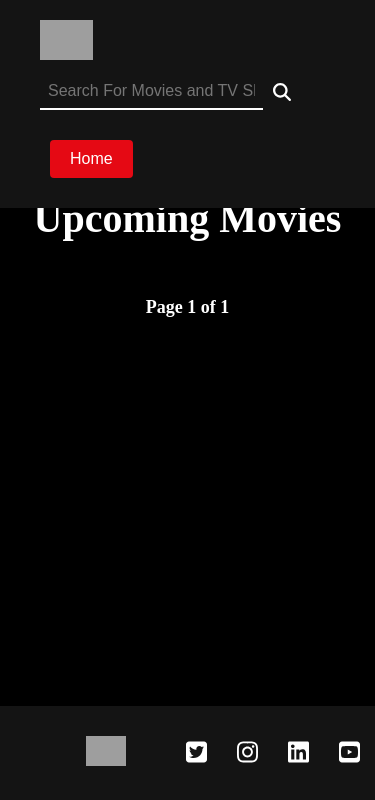
Repository: philh4420/MovieDB-2
Page: /
These files come from the project's save history. The page is drawn as it stood at one moment and after the next save; the edit follows.
The browser window is 375 px wide. The pictures show the whole page.
Pictures or frames that could not be fetched are drawn as grey boxes. The page's requests for data from a server got no answer. The project was rebuilt for these pictures with package versions that can differ from the ones it lists, and the page was loaded fresh each time. No one was signed in, and anything a server would have sent is missing. Also part of the build but not shown: webpack.config.js, src/components/SearchResults.js, src/components/MovieDetails.js, src/components/CastDetails.css, src/components/CastDetails.js, src/components/TVShowDetails.css, src/components/TvShowDetails.js, src/App.css.

Above is the page before, as saved 2023-06-21 19:45:07.

After the next save:
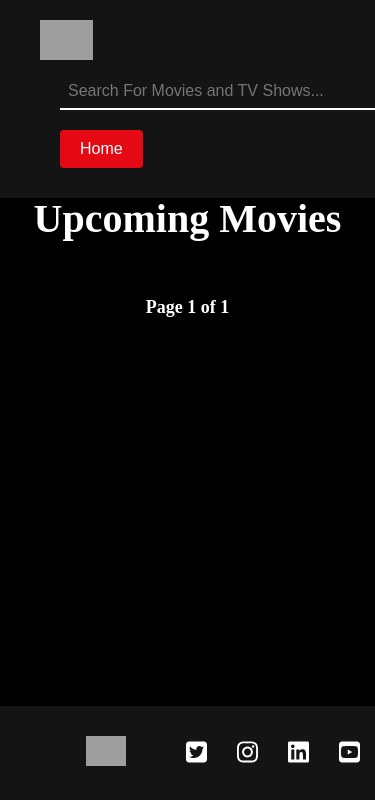
Saved 93 s later.
--- a/src/components/Header.css
+++ b/src/components/Header.css
@@ -106,8 +106,6 @@
   background-color: #b2070a;
 }
 
-
-
 /* Added styles for responsiveness */
 @media screen and (max-width: 81.25rem) {
   .header__details {
@@ -121,12 +119,16 @@
     align-items: flex-start;
   }
 
-  .header__search {
-    margin: 0.625rem 0;
+  .header__logo {
+    margin-bottom: 0.625rem;
   }
 
-  .header__home-button {
-    margin-top: 0.625rem;
+  .header__search {
+    width: 100%;
+    margin-bottom: 0.625rem;
+  }
+
+  .header__search button {
     margin-left: auto;
   }
 }
